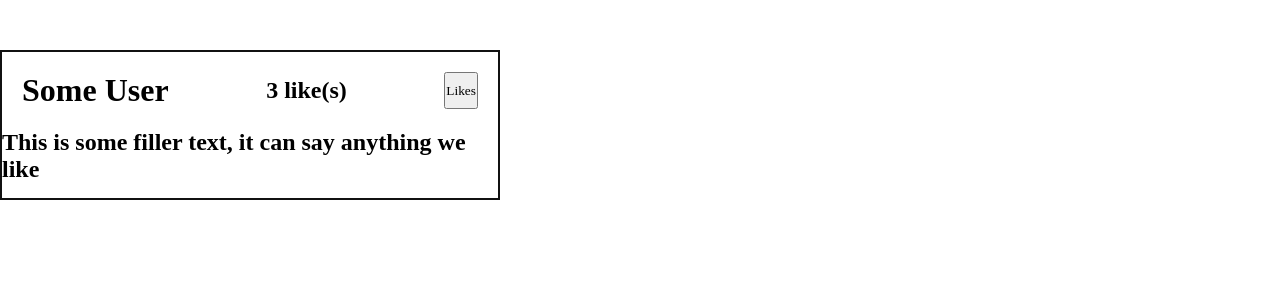
Repository: Blender20/liking_likes
Page: index.html
These files come from the project's save history. The page is drawn as it stood at one moment and after the next save; the edit follows.
The browser window is 1280 px wide. The pictures show the whole page.
Some web fonts or font styles are not loaded; a fallback is used.

Above is the page before, as saved 2022-03-29 19:43:11.

After the next save:
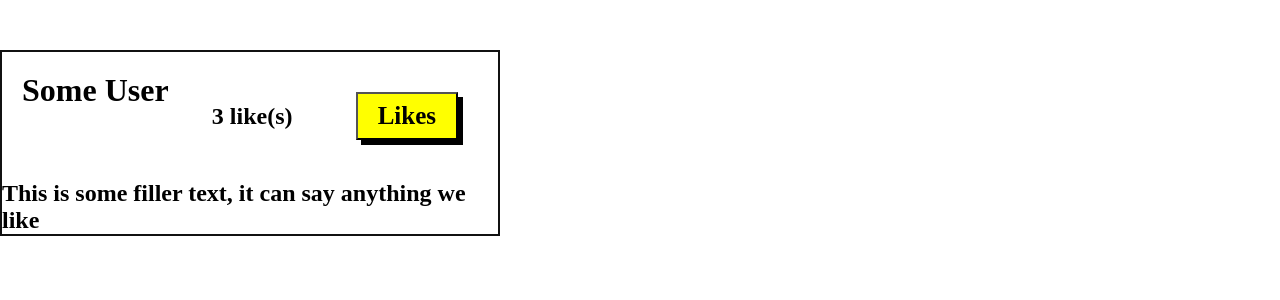
Saved 40 s later.
--- a/style.css
+++ b/style.css
@@ -31,3 +31,10 @@
 h2 {
   align-self: center;
 }
+#like {
+  background-color:yellow;
+  padding: 8px 20px;
+  margin: 20px;
+  font-weight: 900;
+  font-size: 25px;
+  box-shadow: 5px 5px;
